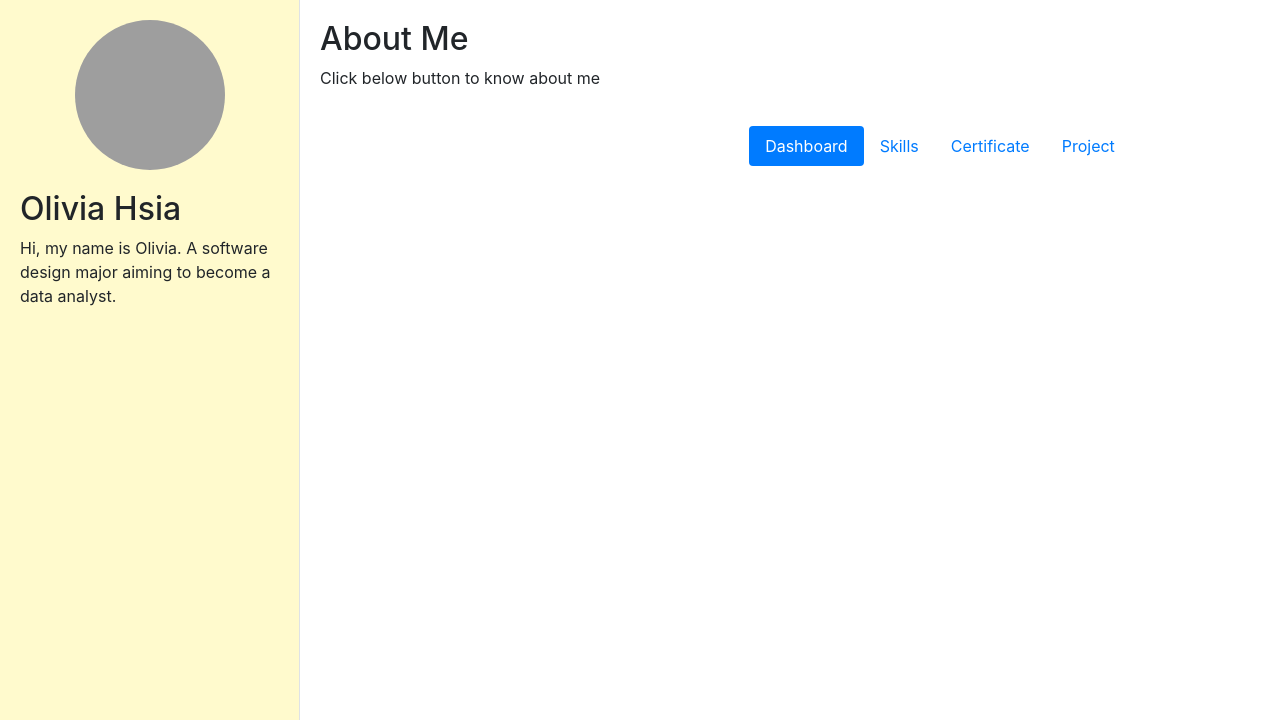
Repository: oliviahsia/FinalProject
Page: src/main/webapp/WEB-INF/main.html
These files come from the project's save history. The page is drawn as it stood at one moment and after a run of saves; the edit follows.
The browser window is 1280 px wide. The pictures show the whole page.
Pictures or frames that could not be fetched are drawn as grey boxes. An inner scrolling area shows only its first screen. Some web libraries are served in a nearby version.

Above is the page before, as saved 2024-03-09 18:53:19.

### src/main/webapp/WEB-INF/main.html
<!DOCTYPE html>
<html lang="en">

<head>
  <meta charset="UTF-8">
  <meta name="viewport" content="width=device-width, initial-scale=1.0">
  <title>Olivia's Portfolio</title>

  <!-- Bootstrap CSS -->
  <link rel="stylesheet" href="https://stackpath.bootstrapcdn.com/bootstrap/4.5.2/css/bootstrap.min.css">
  <!-- External CSS File -->
  <link rel="stylesheet" href="main.css">
</head>

<body>
  <div class="fixed-left">
    <!-- Content in left column -->
    <img src="https://lh3.googleusercontent.com/a/ACg8ocKWVQM9hWLLmIxDOQ-8DDjxv5seJuP0P7FXzxbhLupS1Ffm=s576-c-no"
      alt="Olivia Hsia" class="profile-pic">
    <h2>Olivia Hsia</h2>
    <p>Hi, my name is Olivia. A software design major aiming to become a data analyst. </p>
  </div>

  <div class="scrollable-right">
    <!-- Content in right column -->
    <h2>About Me</h2>
    <p>Click below button to know about me</p>

    <div class="scrollable-right">

      <!-- Navigation buttons replaced with Bootstrap nav-pills -->

      <div class="d-flex justify-content-center">

      <ul class="nav nav-pills nav-fill">

        <li class="nav-item">
          <a class="nav-link active" href="#" onclick="showSection('Dashboard',this)">Dashboard</a>
        </li>

        <li class="nav-item">
          <a class="nav-link" href="#" onclick="showSection('Skills',this)">Skills</a>
        </li>

        <li class="nav-item">
          <a class="nav-link" href="#" onclick="showSection('Certificate',this)">Certificate</a>
        </li>

        <li class="nav-item">
          <a class="nav-link" href="#" onclick="showSection('Project',this)">Project</a>
        </li>

      </ul>

      </div>

      <!-- Content sections (update as needed with card-like design) -->

      <div id="Skills" class="content-section">

        <div class="card-deck">
          <div class="card">
            <img class="card-img-top" src="https://banner2.cleanpng.com/20190623/uxe/kisspng-logo-java-development-kit-portable-network-graphic-5d0f25d6871765.6875406615612738145533.jpg" alt="Card image cap">
            <div class="card-body">
              <h5 class="card-title">Java</h5>
              <p class="card-text">This is a longer card with supporting text below as a natural lead-in to additional
                content.
                This content is a little bit longer.</p>
              <p class="card-text"><small class="text-muted">Last updated 3 mins ago</small></p>
            </div>
          </div>

          <div class="card">
            <img class="card-img-top" src="https://static.vecteezy.com/system/resources/thumbnails/001/416/705/small/html5-emblem-orange-shield-and-white-text-vector.jpg" alt="Card image cap">
            <div class="card-body">
              <h5 class="card-title">HTML</h5>
              <p class="card-text">This card has supporting text below as a natural lead-in to additional content.</p>
              <p class="card-text"><small class="text-muted">Last updated 3 mins ago</small></p>
            </div>
          </div>

          <div class="card">
            <img class="card-img-top" src="https://cdn-icons-png.freepik.com/512/5968/5968242.png" alt="Card image cap">
            <div class="card-body">
              <h5 class="card-title">CSS</h5>
              <p class="card-text">This is a wider card with supporting text below as a natural lead-in to additional
                content.
                This card has even longer content than the first to show that equal height action.</p>
              <p class="card-text"><small class="text-muted">Last updated 3 mins ago</small></p>
            </div>
          </div>

        </div>

      </div>

      <div id="Certificate" class="content-section" style="display: none;">

        <!-- Add card-like elements here -->

      </div>

      <div id="Project" class="content-section" style="display: none;">
        <!-- Add card-like elements here -->

      </div>


    </div>

    <!-- Add more content as needed to enable scrolling -->
  </div>

  <!-- Bootstrap JS and dependencies (Optional) -->
  <script src="https://code.jquery.com/jquery-3.5.1.slim.min.js"></script>
  <script src="https://cdn.jsdelivr.net/npm/@popperjs/core@2.5.4/dist/umd/popper.min.js"></script>
  <script src="https://stackpath.bootstrapcdn.com/bootstrap/4.5.2/js/bootstrap.min.js"></script>

  <script src="js/script.js"></script>
</body>

</html>

### src/main/webapp/WEB-INF/main.css
/* Custom styles */
body,
html {
  height: 100%;
  margin: 0;
  /* Remove default margin */
}

.fixed-left {
  position: fixed;
  top: 0;
  left: 0;
  width: 300px;
  /* Set the width of the left column */
  height: 100%;
  background-color: #FFFACD;
  /* Goose yellow for the left column */
  border-right: 1px solid #dee2e6;
  /* Optional border */
  overflow-x: hidden;
  /* Prevent horizontal scrollbar */
  padding: 20px;
  /* Optional padding */
}

.profile-pic {
  width: 150px;
  /* Adjust the size as needed */
  height: 150px;
  /* Adjust the size as needed */
  border-radius: 50%;
  /* Makes the image round */
  display: block;
  /* To center the image in the div */
  margin: 0 auto 20px;
  /* Centers the image and adds space below */
}

.scrollable-right {
  margin-left: 300px;
  /* Same as the width of the left column */
  padding: 20px;
  height: 100%;
  overflow-y: auto;
  /* Enable vertical scrollbar if content overflows */
  background-color: #FFFFFF;
  /* White for the right column */
}

.navigation-buttons button {
  padding: 10px;
  margin-right: 5px;
  cursor: pointer;
}

.content-section {
  display: none;
  /* Hide all sections by default */
}

.card-img-top {
  width: 100%;
  /* 设置图片宽度为100%，高度会自动调整 */
  height: 200px;
  /* 设置一个固定的高度 */
  object-fit: cover;
  /* 裁剪图片以适应容器尺寸，不变形 */
}


/* Initial visible section */
#all {
  display: block;
}

### src/main/webapp/WEB-INF/js/script.js
function showSection(sectionId,buttonElement) {
  // First Hide all sections
  var sections = document.getElementsByClassName('content-section');

  for (var i = 0; i < sections.length; i++) {
    sections[i].style.display = 'none';
  }

  // Remove active class from all buttons
  var buttons = document.getElementsByClassName('nav-link');

  for (var i = 0; i < buttons.length; i++) {
    buttons[i].classList.remove('active');
  }

  // Show the selected section
  document.getElementById(sectionId).style.display = 'block';

  // Add active class to the clicked button
  buttonElement.classList.add('active');
}

After the next 5 saves:
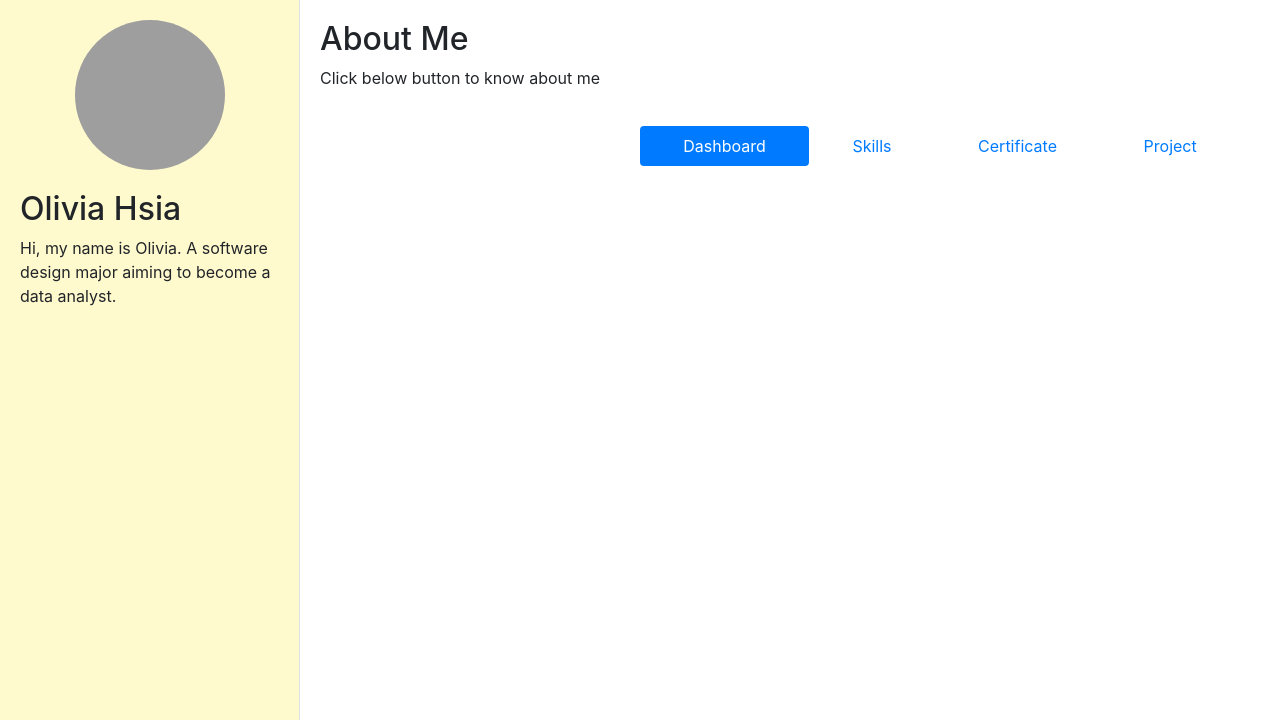
The 5 saves are shown as one change because they came seconds apart.
The last was saved 62 s later.
--- a/src/main/webapp/WEB-INF/main.html
+++ b/src/main/webapp/WEB-INF/main.html
@@ -30,7 +30,6 @@
 
       <!-- Navigation buttons replaced with Bootstrap nav-pills -->
 
-      <div class="d-flex justify-content-center">
 
       <ul class="nav nav-pills nav-fill">
 
@@ -51,8 +50,6 @@
         </li>
 
       </ul>
-
-      </div>
 
       <!-- Content sections (update as needed with card-like design) -->
 
